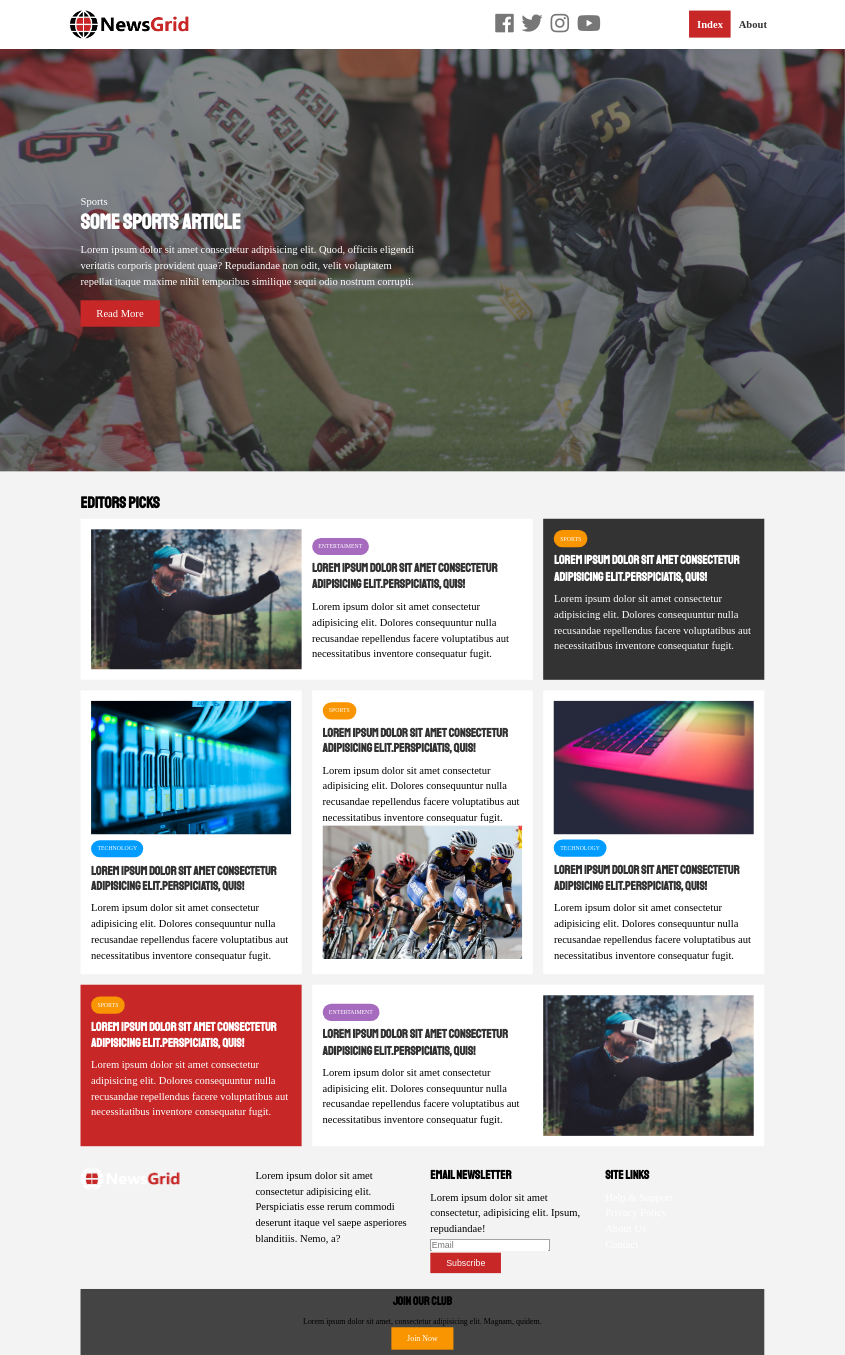
Repository: minhtien9/newsgrid
Page: index.html
An editor plug-in stored every save of this project. The page is shown before and after the next save, followed by the edit.
The browser window is 1280 px wide. The pictures show the whole page, at 66% of full size.
Some web libraries are served in a nearby version.

Above is the page before, as saved 2021-08-25 22:53:39.

After the next save:
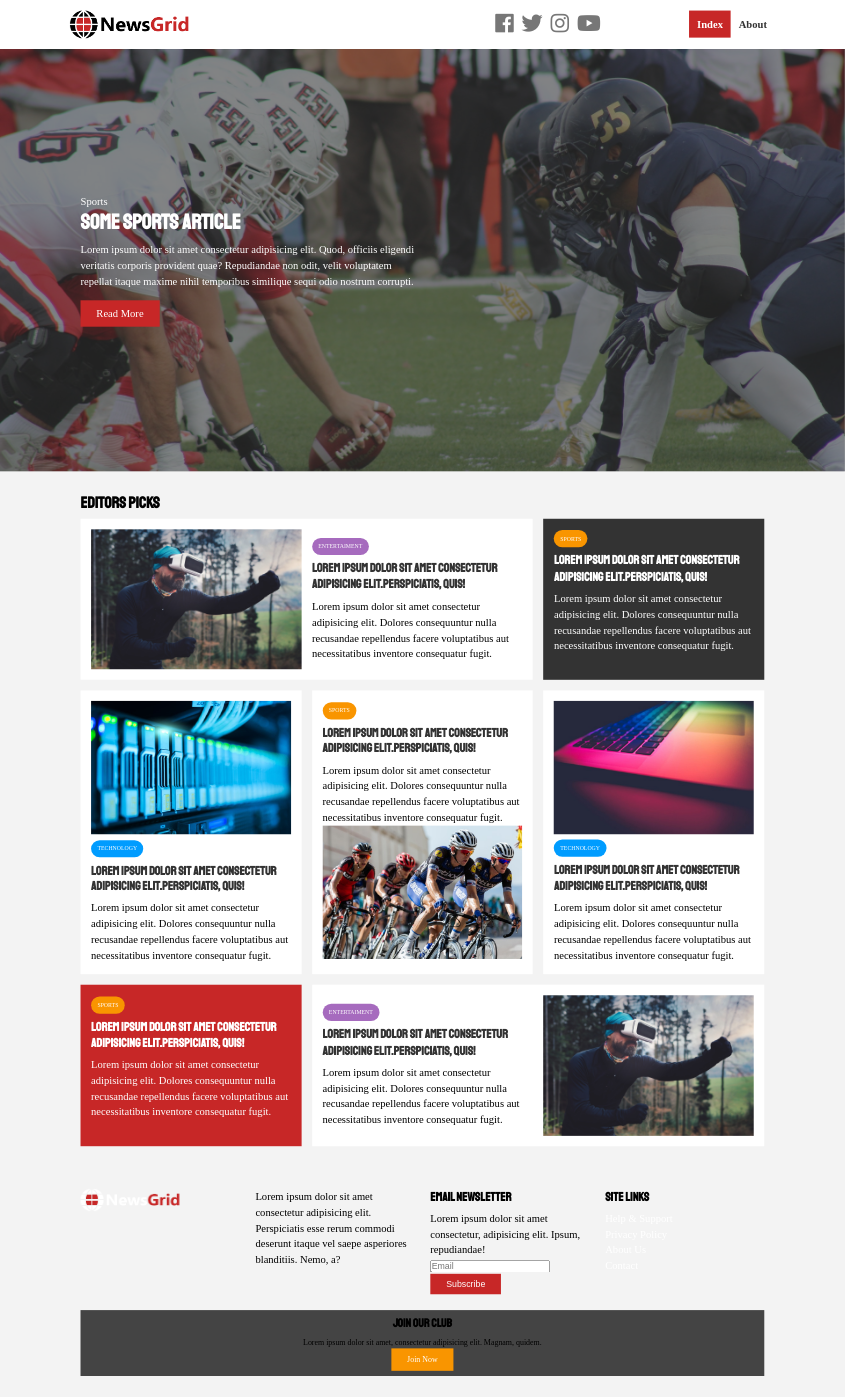
Saved 26 s later.
--- a/index.html
+++ b/index.html
@@ -184,7 +184,7 @@
     </section>
 
     <!-- Footer -->
-    <footer id="main-footer">
+    <footer id="main-footer" class="py-2">
       <div class="container footer-container">
         <img src="img/logo_light.png" alt="NewsGrid" />
         <p>
